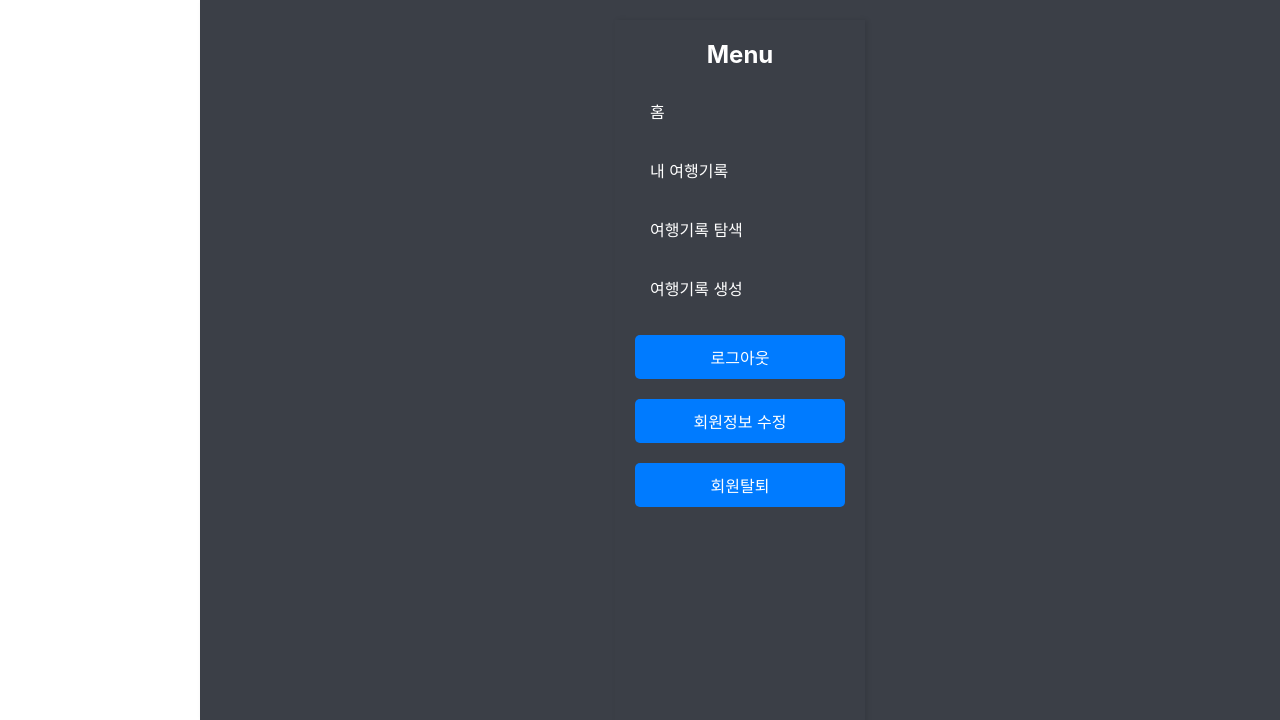
Repository: gimm5550/frontend2
Page: /mainlist
These files come from the project's save history. The page is drawn as it stood at one moment and after a run of saves; the edit follows.
The browser window is 1280 px wide. The pictures show the whole page.
The page's requests for data from a server got no answer. The project was rebuilt for these pictures with package versions that can differ from the ones it lists, and the page was loaded fresh each time. No one was signed in, and anything a server would have sent is missing. Also part of the build but not shown: src/url.js, src/components/common/KakaoLoginButton.js, src/components/FromServer.js, src/components/common/Footer.js, src/components/common/Header.js, src/components/layout/LandingPageLayout.js, src/components/LoginForm.js, src/components/layout/LoginFormLayout.js and 22 more.

Above is the page before, as saved 2024-11-20 17:35:23.

After the next 2 saves:
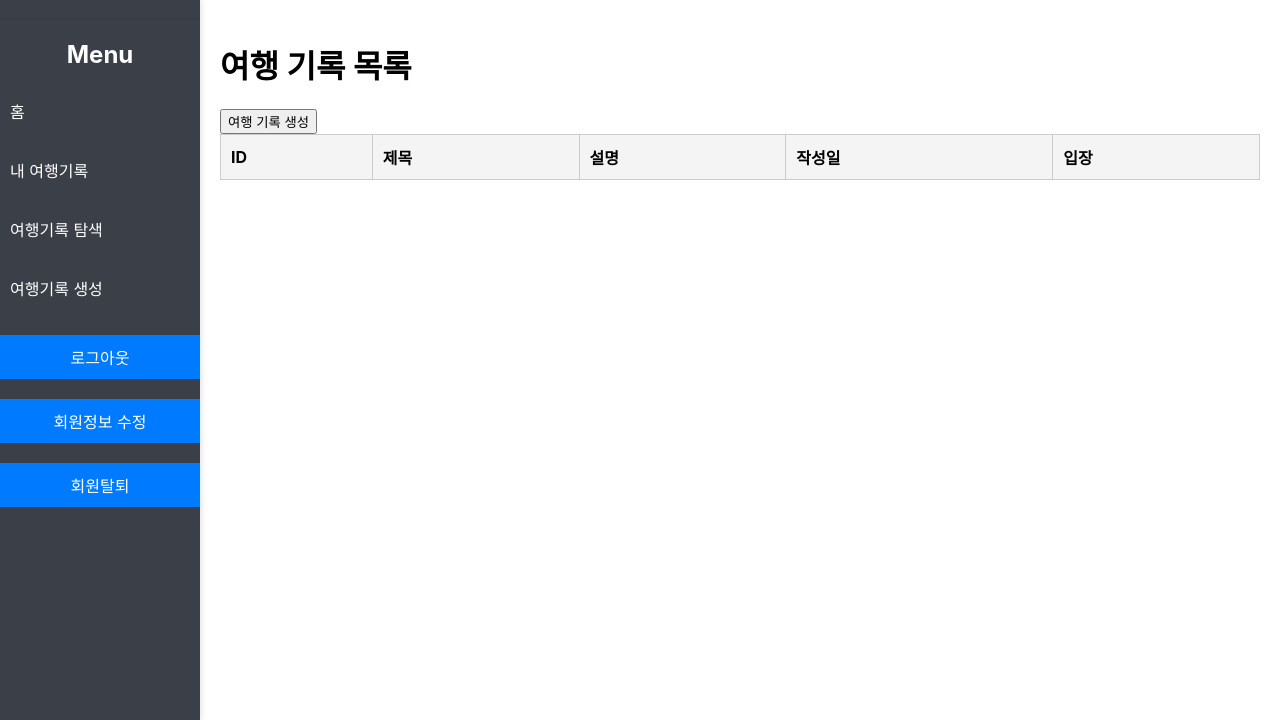
The 2 saves are shown as one change because they came seconds apart.
The last was saved 26 s later.
--- a/src/App.js
+++ b/src/App.js
@@ -32,8 +32,7 @@ function App() {
         {/* Flexbox 컨테이너 */}
         <div className="layout">
           <div class="menu-bar" style={{
-              width: isLoginPage ? '100%' : 'calc(100% - 200px)', // 메뉴바가 없을 때는 전체 폭 사용
-              marginLeft: isLoginPage ? '0' : '200px', // 메뉴바가 없을 때는 여백 제거
+              width: isLoginPage ? '0' : '200px' // 메뉴바가 없을 때는 전체 폭 사용
             }}>
             <MenuBar></MenuBar>
           </div>
